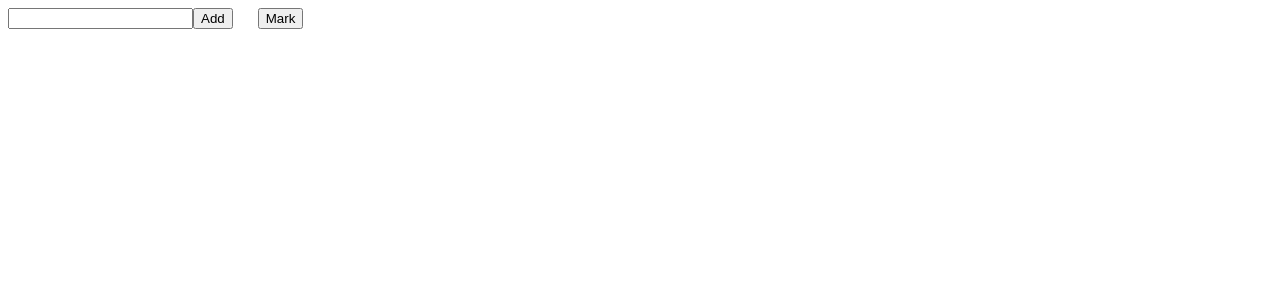
Repository: lilit1121/Vue.js-and-Rapid-Prototyping
Page: /
The author's editor kept a copy of each file at every save. The page is drawn from the files as they stood at one save, then again after the next save.
The browser window is 1280 px wide. The pictures show the whole page.
The project was rebuilt for these pictures with package versions that can differ from the ones it lists, and the page was loaded fresh each time. Also part of the build but not shown: vue.config.js.

Above is the page before, as saved 2023-02-08 16:00:30.

### src/App.vue
<template>
  <div id="app">
    <nav>

    </nav>
    <router-view/>
  </div>
</template>

<style lang="scss">

</style>

### src/router/index.js
import Vue from 'vue'
import VueRouter from 'vue-router'
import Home from '../views/Home.vue'

Vue.use(VueRouter)

const routes = [
  {
    path: '/',
    name: 'home',
    component: Home
  },

]

const router = new VueRouter({
  mode: 'history',
  base: process.env.BASE_URL,
  routes
})

export default router

### src/views/Home.vue
<template>
  <div class="home">
    <div class="flex">
      <form @submit.prevent="addTodo">
        <input v-model="newTodo" type="text" />
        <button type="submit">Add</button>
      </form>
      <button class="mark_unmar" @click="markUnmar">
        {{ mark_unmar ? "Unmark" : "Mark" }}
      </button>
    </div>
    <ul>
      <li
        v-for="(todo, index) in todos"
        :key="todo.id"
        @dragstart="dragStart(index)"
        @dragover="dragOver(index)"
        @dragend="dragend(index)"
        draggable="true"
      >
        <input type="checkbox" v-model="todo.completed" />
        {{ todo.text }}
        <button @click.prevent="removeTodo(todo)">Remove</button>
      </li>
    </ul>
  </div>
</template>

<script>
export default {
  name: "Home",
  data() {
    return {
      mark_unmar: false,
      newTodo: "",
      todos: [],
      draggedTodo: null,
      draggedIndex: null,
    };
  },
  methods: {
    markUnmar() {
      this.todos.sort((a, b) =>
        this.mark_unmar ? a.completed - b.completed : b.completed - a.completed
      );
      this.mark_unmar = !this.mark_unmar;
    },
    addTodo() {
      this.todos.push({
        id: Date.now(),
        text: this.newTodo,
        completed: false,
      });
      this.newTodo = "";
    },
    removeTodo(todo) {
      this.todos = this.todos.filter((el) => el.id != todo.id);
    },
    dragStart(index) {
      this.draggedTodo = this.todos[index];
      this.draggedIndex = index;
    },
    dragOver(index) {
      const draggedOverTodo = this.todos[index];
      if (this.draggedTodo === draggedOverTodo) {
        return;
      } else {
        this.draggedIndex = index;
        return;
      }
    },
    dragend(index) {
      const draggedOverTodo = this.todos[this.draggedIndex];
      if (this.draggedIndex < index) {
        this.todos.splice(this.draggedIndex, 0, this.draggedTodo);
        this.todos.splice(index + 1, 1);
      } else if (this.draggedIndex > index) {
        this.todos.splice(index, 0, draggedOverTodo);
        this.todos.splice(this.draggedIndex + 1, 1);
      }
      this.draggedTodo = null;
      this.draggedIndex = null;
    },
  },
};
</script>
<style lang="scss" scoped>
button {
  cursor: pointer;
}
.flex {
  display: flex;
}
.mark_unmar {
  margin-left: 25px;
}
ul {
  list-style: none;
  padding: 0;
  margin: 0;
}
li {
  width: fit-content;
  background-color: #f1f1f1;
  padding: 10px;
  margin-bottom: 10px;
  border-radius: 5px;
}
li.dragged {
  opacity: 0.5;
}
</style>

Loaded but not shown: public/index.html (common file); src/main.js (common file); src/store/index.js (common file)

After the next save:
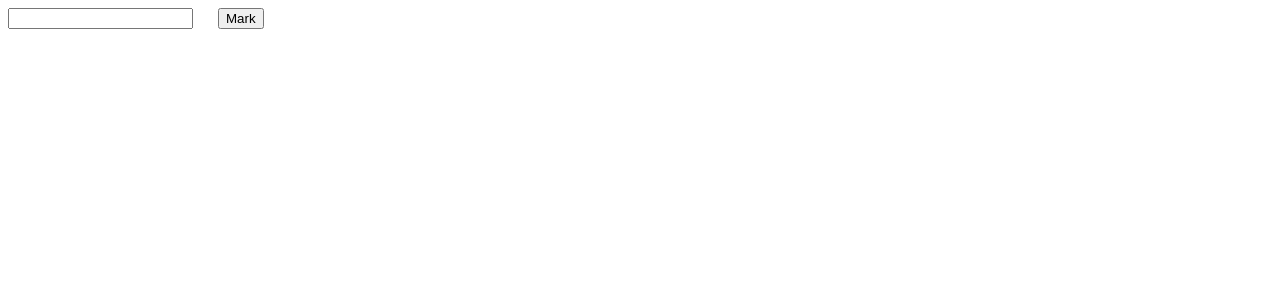
Saved 24 min 55 s later.
--- a/src/views/Home.vue
+++ b/src/views/Home.vue
@@ -3,7 +3,7 @@
     <div class="flex">
       <form @submit.prevent="addTodo">
         <input v-model="newTodo" type="text" />
-        <button type="submit">Add</button>
+        <!-- <button type="submit">Add</button> -->
       </form>
       <button class="mark_unmar" @click="markUnmar">
         {{ mark_unmar ? "Unmark" : "Mark" }}
